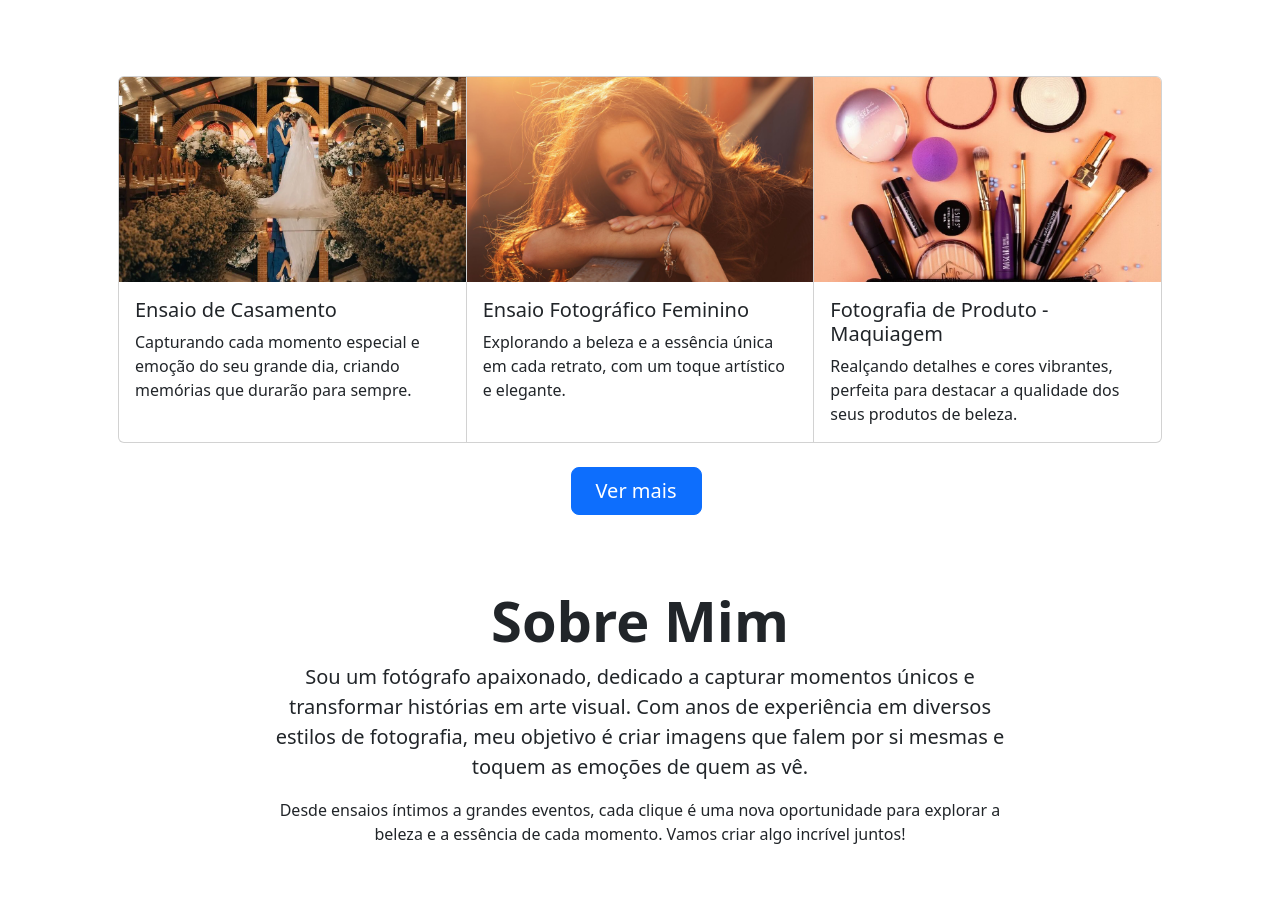
Repository: Marinalr-25/portifolio-fotografia
Page: index.html
These files come from the project's save history. The page is drawn as it stood at one moment and after the next save; the edit follows.
The browser window is 1280 px wide. The pictures show the part of the page from y = 653 to 1563 px (the page is 1563 px tall before and 1544 px after).
A picture or video elsewhere on the page could not be fetched, so the positions and the page height are approximate.

Above is the page before, as saved 2025-01-19 17:08:18.

After the next save:
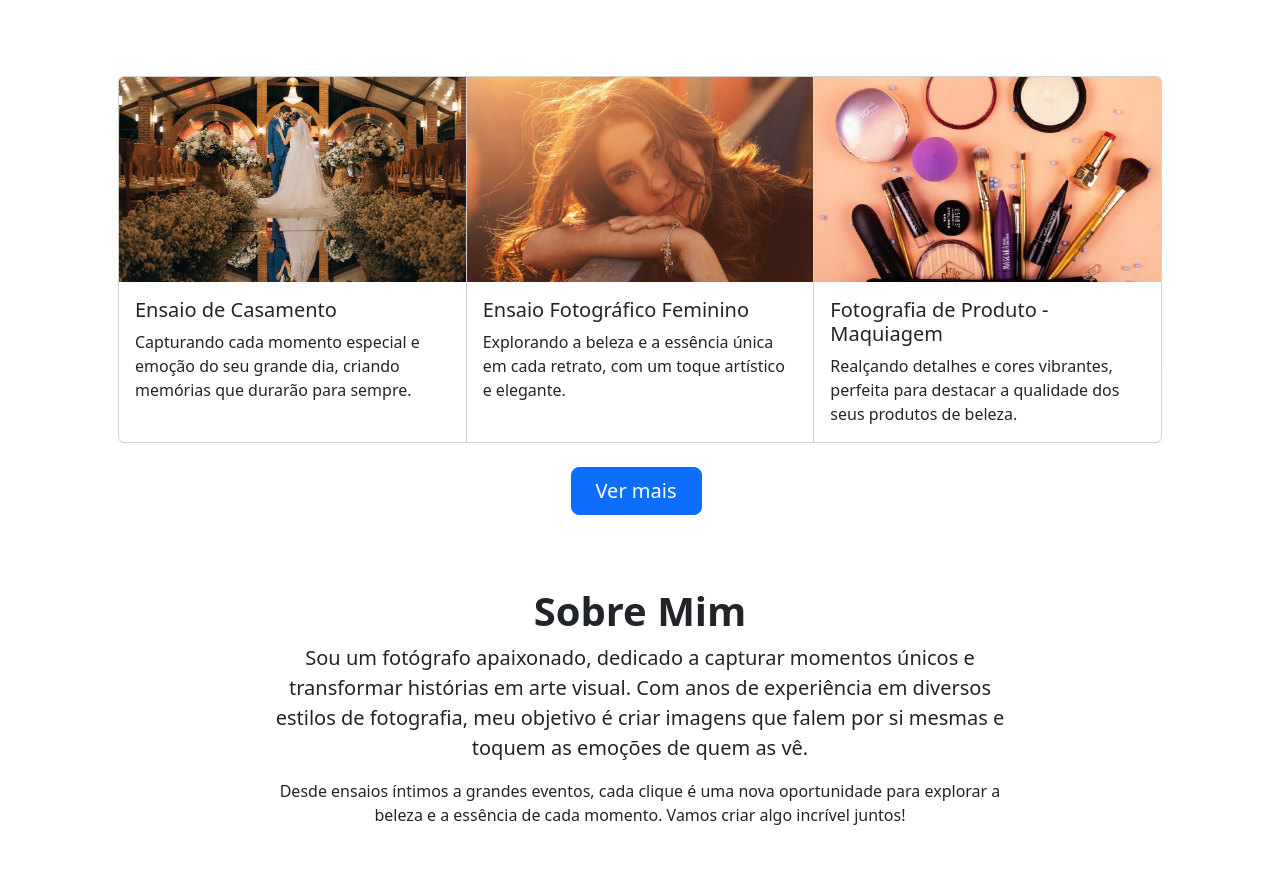
Saved 11 s later.
--- a/index.html
+++ b/index.html
@@ -146,7 +146,7 @@
     <div class="container py-5">
       <div class="row justify-content-center">
         <div class="col-lg-8 text-center">
-          <h1 class="display-4 fw-bold">Sobre Mim</h1>
+          <h1 class="fw-bold">Sobre Mim</h1>
           <p class="lead">
             Sou um fotógrafo apaixonado, dedicado a capturar momentos únicos e
             transformar histórias em arte visual. Com anos de experiência em
